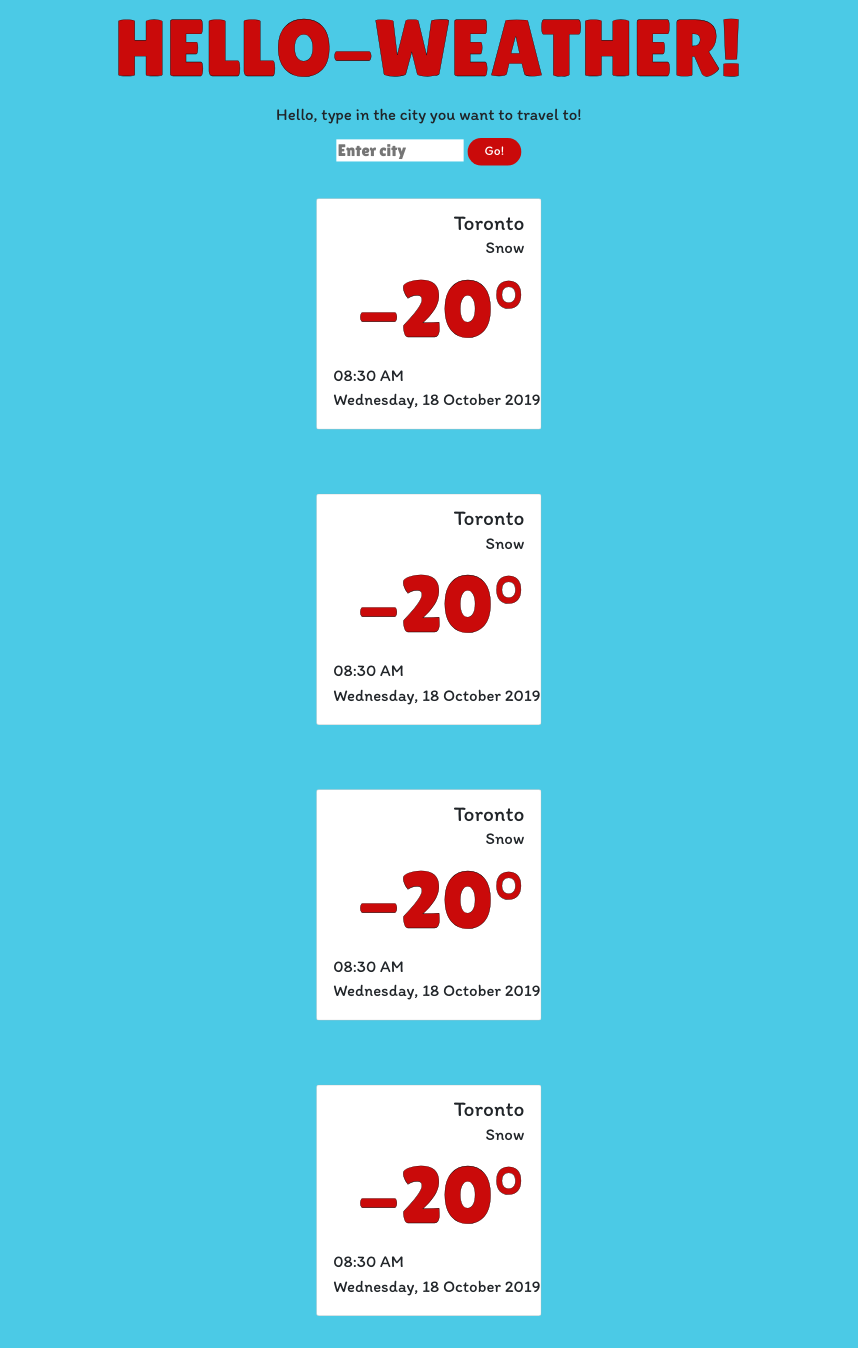
Repository: Jazinha/Hello-kitty-weather
Page: index.html
An editor plug-in stored every save of this project. The page is shown before and after the next save, followed by the edit.
The browser window is 1280 px wide. The pictures show the whole page, at 67% of full size.
Some web libraries are served in a nearby version.

Above is the page before, as saved 2023-02-07 22:24:21.

### index.html
<!DOCTYPE html>
<html>

<head>
    <title>Hello-Weather!</title>
    <meta charset="utf-8">

    <link rel="preconnect" href="https://fonts.googleapis.com">
    <link rel="preconnect" href="https://fonts.gstatic.com" crossorigin>
    <link href="https://fonts.googleapis.com/css2?family=Itim&family=Lilita+One&display=swap" rel="stylesheet">
    <link rel="stylesheet" href="https://cdn.jsdelivr.net/npm/bootstrap@4.0.0/dist/css/bootstrap.min.css"
        integrity="sha384-Gn5384xqQ1aoWXA+058RXPxPg6fy4IWvTNh0E263XmFcJlSAwiGgFAW/dAiS6JXm" crossorigin="anonymous">
    <link rel="stylesheet" href="style.css">
</head>

<body>
    <div class="container-landing">
        <div id="home" class="flex-column flex-center"></div>
        <h1>HELLO-WEATHER!</h1>
        <p>Hello, type in the city you want to travel to!</p>
        <input id="initial" type="text" placeholder="Enter city">
        <a href="" class="btn">Go! </a>
    </div>

    <div class="container">
        <div class="row">
            <div class="col-4">

            </div>

            <div class="col-8">
                <div class="row">
                    <!-- <div class="today-weather">
                        <h2 id="city-name"></h2>
                        <p id="temperature"></p>
                        <p id="wind"></p>
                        <p id="humindity"></p>
                    </div> -->
                </div>
            </div>
        </div>
    </div>

    <div class="container-fluid px-1 px-md-4 py-5 mx-auto">
        <div class="row d-flex justify-content-center px-3">
            <div class="card">
                <h2 class="ml-auto mr-4 mt-3 mb-0">Toronto</h2>
                <p class="ml-auto mr-4 mb-0 med-font">Snow</p>
                <h1 class="ml-auto mr-4 large-font">-20&#176;</h1>
                <p class="time-font mb-0 ml-4 mt-auto">08:30 <span class="sm-font">AM</span></p>
                <p class="ml-4 mb-4">Wednesday, 18 October 2019</p>
            </div>
        </div>
    </div>

    <div class="container-fluid px-1 px-md-4 py-5 mx-auto">
        <div class="row d-flex justify-content-center px-3">
            <div class="card">
                <h2 class="ml-auto mr-4 mt-3 mb-0">Toronto</h2>
                <p class="ml-auto mr-4 mb-0 med-font">Snow</p>
                <h1 class="ml-auto mr-4 large-font">-20&#176;</h1>
                <p class="time-font mb-0 ml-4 mt-auto">08:30 <span class="sm-font">AM</span></p>
                <p class="ml-4 mb-4">Wednesday, 18 October 2019</p>
            </div>
        </div>
    </div>
    <div class="container-fluid px-1 px-md-4 py-5 mx-auto">
        <div class="row d-flex justify-content-center px-3">
            <div class="card">
                <h2 class="ml-auto mr-4 mt-3 mb-0">Toronto</h2>
                <p class="ml-auto mr-4 mb-0 med-font">Snow</p>
                <h1 class="ml-auto mr-4 large-font">-20&#176;</h1>
                <p class="time-font mb-0 ml-4 mt-auto">08:30 <span class="sm-font">AM</span></p>
                <p class="ml-4 mb-4">Wednesday, 18 October 2019</p>
            </div>
        </div>
    </div>
    <div class="container-fluid px-1 px-md-4 py-5 mx-auto">
        <div class="row d-flex justify-content-center px-3">
            <div class="card">
                <h2 class="ml-auto mr-4 mt-3 mb-0">Toronto</h2>
                <p class="ml-auto mr-4 mb-0 med-font">Snow</p>
                <h1 class="ml-auto mr-4 large-font">-20&#176;</h1>
                <p class="time-font mb-0 ml-4 mt-auto">08:30 <span class="sm-font">AM</span></p>
                <p class="ml-4 mb-4">Wednesday, 18 October 2019</p>
            </div>
        </div>
    </div>

    <script src="https://code.jquery.com/jquery-3.2.1.slim.min.js"
        integrity="sha384-KJ3o2DKtIkvYIK3UENzmM7KCkRr/rE9/Qpg6aAZGJwFDMVNA/GpGFF93hXpG5KkN"
        crossorigin="anonymous"></script>
    <script src="https://cdn.jsdelivr.net/npm/popper.js@1.12.9/dist/umd/popper.min.js"
        integrity="sha384-ApNbgh9B+Y1QKtv3Rn7W3mgPxhU9K/ScQsAP7hUibX39j7fakFPskvXusvfa0b4Q"
        crossorigin="anonymous"></script>
    <script src="https://cdn.jsdelivr.net/npm/bootstrap@4.0.0/dist/js/bootstrap.min.js"
        integrity="sha384-JZR6Spejh4U02d8jOt6vLEHfe/JQGiRRSQQxSfFWpi1MquVdAyjUar5+76PVCmYl"
        crossorigin="anonymous"></script>
    <script src="script.js"></script>
</body>

</html>

### style.css
body {
    background-color: rgb(75, 202, 230);
    font-size: 25px;
    font-family: 'Itim', cursive;;
}

.container-landing {
    text-align: center;
    justify-content: center;
    /* background-image: ; */
}

h1 {
    font-size: 120px;
    font-family: 'Lilita One', cursive;
    color: rgb(202, 10, 10);
    -webkit-text-stroke: .5px black;
}

#initial {
    font-family: 'Lilita One', cursive;
    width: 190px;
    height: 33px;
    padding: 0px 2px;
    border: none;
}

.btn {
    border: 0;
    padding: 0px 20px;
    padding-top: 4px;
    padding-bottom: 7px;
    font-size: 20px;
    background-color:rgb(202, 10, 10);
    width: 80px;
    border-radius: 20px;
    color: #ffffff;
    text-align: center;
    text-decoration: none;
}


.btn:hover {
    background-color: rgb(217, 75, 98);
  }


/*This is for the forecast.html */


/* This code will do the magic. */
.days-week {
    display: flex;
    flex-flow: row wrap;
  }

  /* This code is just to style the inner div elements. */
  .day-week > div {
    background-color: #f1f1f1;
    width: 100px;
    margin: 10px;
    text-align: center;
    line-height: 75px;
    font-size: 30px;
  }

Loaded but not shown: script.js (no stored copy; drawn as an empty file)

After the next save:
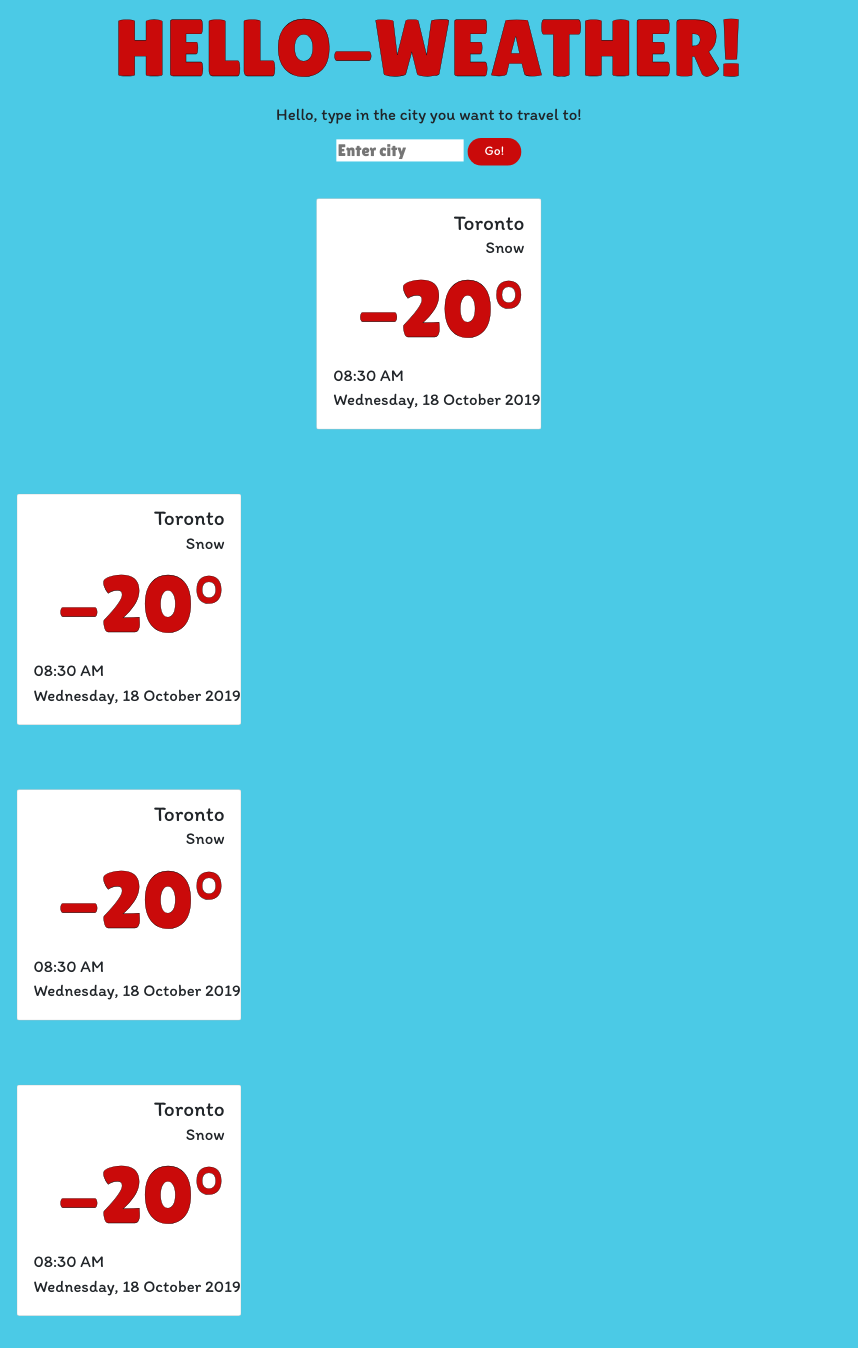
Saved 34 s later.
--- a/index.html
+++ b/index.html
@@ -54,7 +54,7 @@
     </div>
 
     <div class="container-fluid px-1 px-md-4 py-5 mx-auto">
-        <div class="row d-flex justify-content-center px-3">
+        <div class="row d-flex px-3">
             <div class="card">
                 <h2 class="ml-auto mr-4 mt-3 mb-0">Toronto</h2>
                 <p class="ml-auto mr-4 mb-0 med-font">Snow</p>
@@ -65,7 +65,7 @@
         </div>
     </div>
     <div class="container-fluid px-1 px-md-4 py-5 mx-auto">
-        <div class="row d-flex justify-content-center px-3">
+        <div class="row d-flex px-3">
             <div class="card">
                 <h2 class="ml-auto mr-4 mt-3 mb-0">Toronto</h2>
                 <p class="ml-auto mr-4 mb-0 med-font">Snow</p>
@@ -76,7 +76,7 @@
         </div>
     </div>
     <div class="container-fluid px-1 px-md-4 py-5 mx-auto">
-        <div class="row d-flex justify-content-center px-3">
+        <div class="row d-flex px-3">
             <div class="card">
                 <h2 class="ml-auto mr-4 mt-3 mb-0">Toronto</h2>
                 <p class="ml-auto mr-4 mb-0 med-font">Snow</p>
